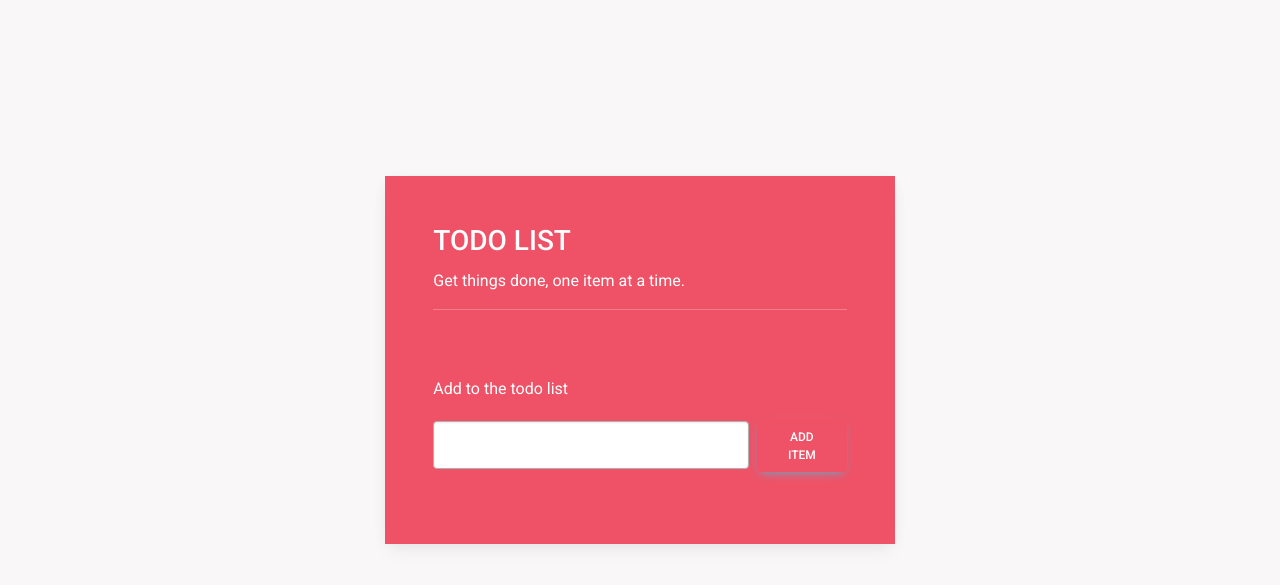
Repository: TinhTT336/MD02_HACKATHON01_HN_JV230620_BS_TranThiTinh_Basic
Page: /
The author's editor kept a copy of each file at every save. The page is drawn from the files as they stood at one save, then again after the next save.
The browser window is 1280 px wide. The pictures show the whole page.
Some web libraries are served in a nearby version. The project was rebuilt for these pictures with package versions that can differ from the ones it lists, and the page was loaded fresh each time. Also part of the build but not shown: vite.config.js, src/App.css.

Above is the page before, as saved 2023-09-05 11:38:10.

### index.html
<!DOCTYPE html>
<html lang="en">
  <head>
    <meta charset="UTF-8" />
    <link rel="icon" type="image/svg+xml" href="/vite.svg" />
    <meta name="viewport" content="width=device-width, initial-scale=1.0" />
    <title>Vite + React</title>
    <link
      href="https://cdnjs.cloudflare.com/ajax/libs/font-awesome/6.0.0/css/all.min.css"
      rel="stylesheet"
    />
    <link
      href="https://fonts.googleapis.com/css?family=Roboto:300,400,500,700&display=swap"
      rel="stylesheet"
    />
    <link
      href="https://cdnjs.cloudflare.com/ajax/libs/mdb-ui-kit/6.2.0/mdb.min.css"
      rel="stylesheet"
    />
  </head>
  <body>
    <div id="root"></div>
    <script type="module" src="/src/main.jsx"></script>
  </body>
</html>

### src/App.jsx
import { useState } from 'react'
import './App.css'
import TodoList from './TodoList/todoList'

function App() {
  const [count, setCount] = useState(0)

  return (
    <>
      <TodoList />
    </>
  )
}

export default App

### src/index.css
/* :root {
  font-family: Inter, system-ui, Avenir, Helvetica, Arial, sans-serif;
  line-height: 1.5;
  font-weight: 400;

  color-scheme: light dark;
  color: rgba(255, 255, 255, 0.87);
  background-color: #242424;

  font-synthesis: none;
  text-rendering: optimizeLegibility;
  -webkit-font-smoothing: antialiased;
  -moz-osx-font-smoothing: grayscale;
  -webkit-text-size-adjust: 100%;
}

a {
  font-weight: 500;
  color: #646cff;
  text-decoration: inherit;
}
a:hover {
  color: #535bf2;
}

body {
  margin: 0;
  display: flex;
  place-items: center;
  min-width: 320px;
  min-height: 100vh;
}

h1 {
  font-size: 3.2em;
  line-height: 1.1;
}

button {
  border-radius: 8px;
  border: 1px solid transparent;
  padding: 0.6em 1.2em;
  font-size: 1em;
  font-weight: 500;
  font-family: inherit;
  background-color: #1a1a1a;
  cursor: pointer;
  transition: border-color 0.25s;
}
button:hover {
  border-color: #646cff;
}
button:focus,
button:focus-visible {
  outline: 4px auto -webkit-focus-ring-color;
}

@media (prefers-color-scheme: light) {
  :root {
    color: #213547;
    background-color: #ffffff;
  }
  a:hover {
    color: #747bff;
  }
  button {
    background-color: #f9f9f9;
  }
} */
body {
  background-color: #faf7f8 !important;
}
.vh-100 {
  width: 50% !important;
  margin: 0 auto !important;
}
.card-body {
  background-color: #ef5267 !important;
  color: #fff !important;
}
.form-control {
  background-color: #fff !important;
  padding: 10px !important;
}
.list-group-item {
  background-color: #e88c987f !important;
  color: #fff !important;
}
.fas,
.form-check-input {
  color: #fff !important;
}
.btn-info {
  background-color: #ef5267 !important;
  border-color: #fff !important;
}

### src/TodoList/todoList.jsx
import React, { useRef, useState } from 'react'

export default function TodoList() {
    const [input, setInput] = useState("");
    const [todos, setTodos] = useState(() => {
        const list = JSON.parse(localStorage.getItem("todos")) || [];
        return list;
    });
    const inputRef = useRef();
    const [idEdit, setIdEdit] = useState(null);
    // ham them submit
    const handleSubmit = (e) => {
        e.preventDefault();
        if (input !== "") {
            const newTodo = {
                id: Date.now(),
                title: input,
                status: false,
            }
            const newList = [...todos, newTodo];
            setTodos(newList);
            localStorage.setItem("todos", JSON.stringify(newList));
            setInput("");
            inputRef.current.focus();
        }
        // if (idEdit !== -1) {
        //     const newList = todos.map(t => t.id === idEdit ? (t = { ...t, title: input }) : (t = { ...t }));
        //     setTodos(newList);
        //     localStorage.setItem("todos", JSON.stringify(newList));
        //     inputRef.current.focus();
        //     setIdEdit(null);
        // }
    }
    // ham xoa
    const handleDelete = (id) => {
        const newList = todos.filter(t => t.id !== id);
        setTodos(newList);
        localStorage.setItem("todos", JSON.stringify(newList));
        inputRef.current.focus();
    }
    // ham sua
    const handleEdit = (id) => {
        const todoEdit = todos.find(t => t.id === id);
        setInput(todoEdit.title);
        setIdEdit(id);
        inputRef.current.focus();
    }
    // ham check
    const handleCheck = (id) => {
        const newList = todos.map(t => t.id === id ? (t = { ...t, status: !t.status }) : (t = { ...t }));
        setTodos(newList);
        localStorage.setItem("todos", JSON.stringify(newList));
        inputRef.current.focus();
    }
    return (
        <div>
            <section className="vh-100 gradient-custom">
                <div className="container py-5 h-100">
                    <div
                        className="row d-flex justify-content-center align-items-center
              h-100"
                    >
                        <div className="col col-xl-10">
                            <div className="card">
                                <div className="card-body p-5">
                                    <h3 style={{ marginBottom: 10 }}>
                                        TODO LIST
                                    </h3>
                                    <p>Get things done, one item at a time.</p>
                                    <hr></hr>
                                    {/* Tabs content */}
                                    <div className="tab-content">
                                        <div className="tab-pane fade show active">
                                            <ul className="list-group mb-0">
                                                {todos.map(t => (
                                                    <li key={t.id}
                                                        className="list-group-item d-flex
                                          align-items-center border-0 mb-2
                                          rounded justify-content-between"
                                                        style={{ backgroundColor: "#f4f6f7" }}
                                                    >
                                                        {t.status === true ? (<s>{t.title}</s>) : (<span>{t.title}</span>)}
                                                        <div>
                                                            <input
                                                                className="form-check-input me-2"
                                                                type="checkbox" checked={t.status === true} onChange={() => handleCheck(t.id)}
                                                            />
                                                            <a className="text-info" title="Sửa công việc" onClick={() => handleEdit(t.id)}>
                                                                <i
                                                                    className="fas
                                                      fa-pencil-alt
                                                      me-3"
                                                                />
                                                            </a>
                                                            <a onClick={() => handleDelete(t.id)}
                                                                className="text-danger"
                                                                title="Xóa công việc"
                                                            >
                                                                <i
                                                                    className="fas
                                                      fa-trash-alt"
                                                                />
                                                            </a>
                                                        </div>
                                                    </li>
                                                ))}
                                            </ul>
                                            <div className="tab-content">
                                                <p style={{ marginTop: 50 }}>Add to the todo list</p>
                                                <form onSubmit={handleSubmit}
                                                    className="d-flex justify-content-center
                              align-items-center mb-4"
                                                >
                                                    <div className="form-outline flex-fill">
                                                        <input type="text" id="form2" className="form-control" style={{ border: "1px solid #afafaf" }} value={input} onChange={(e) => setInput(e.target.value)} ref={inputRef} />
                                                        {/* <label className="form-label" htmlFor="form2">
                                                            ADD ITEM
                                                        </label> */}
                                                    </div>
                                                    <button
                                                        type="submit"
                                                        className="btn btn-info
                                  ms-2"
                                                    >
                                                        ADD ITEM
                                                    </button>
                                                </form>
                                            </div>
                                        </div>
                                    </div>
                                    {/* Tabs content */}
                                </div>
                            </div>
                        </div>
                    </div>
                </div>
            </section >

        </div >
    )
}

Loaded but not shown: src/main.jsx (common file)

After the next save:
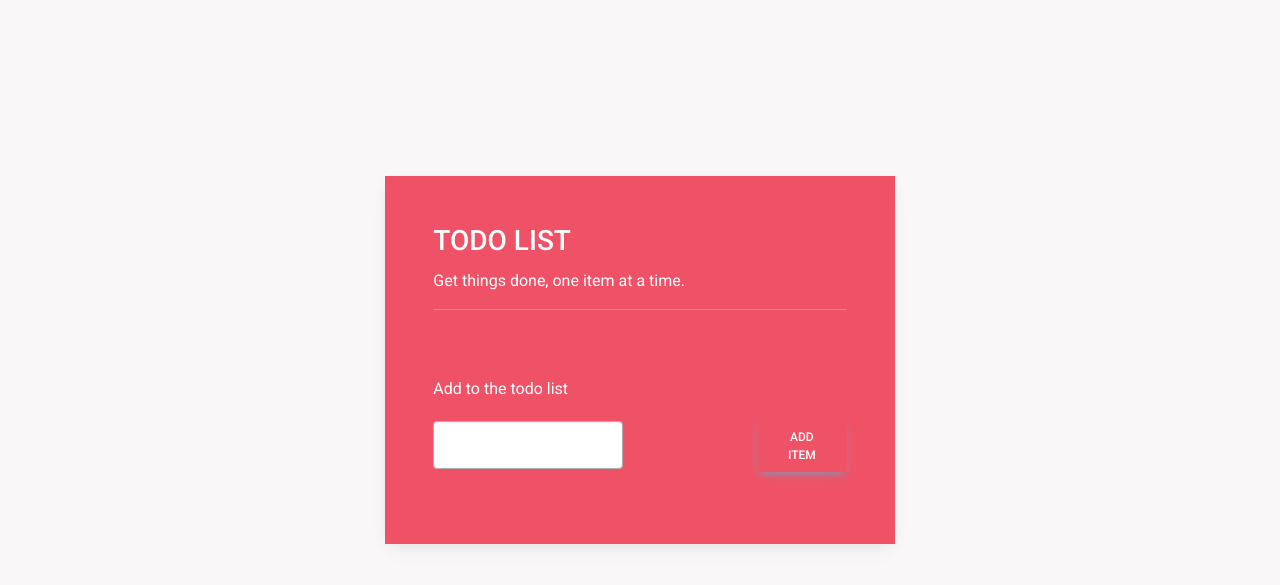
Saved 24 s later.
--- a/src/index.css
+++ b/src/index.css
@@ -81,6 +81,7 @@ body {
 .form-control {
   background-color: #fff !important;
   padding: 10px !important;
+  width: 60% !important;
 }
 .list-group-item {
   background-color: #e88c987f !important;
